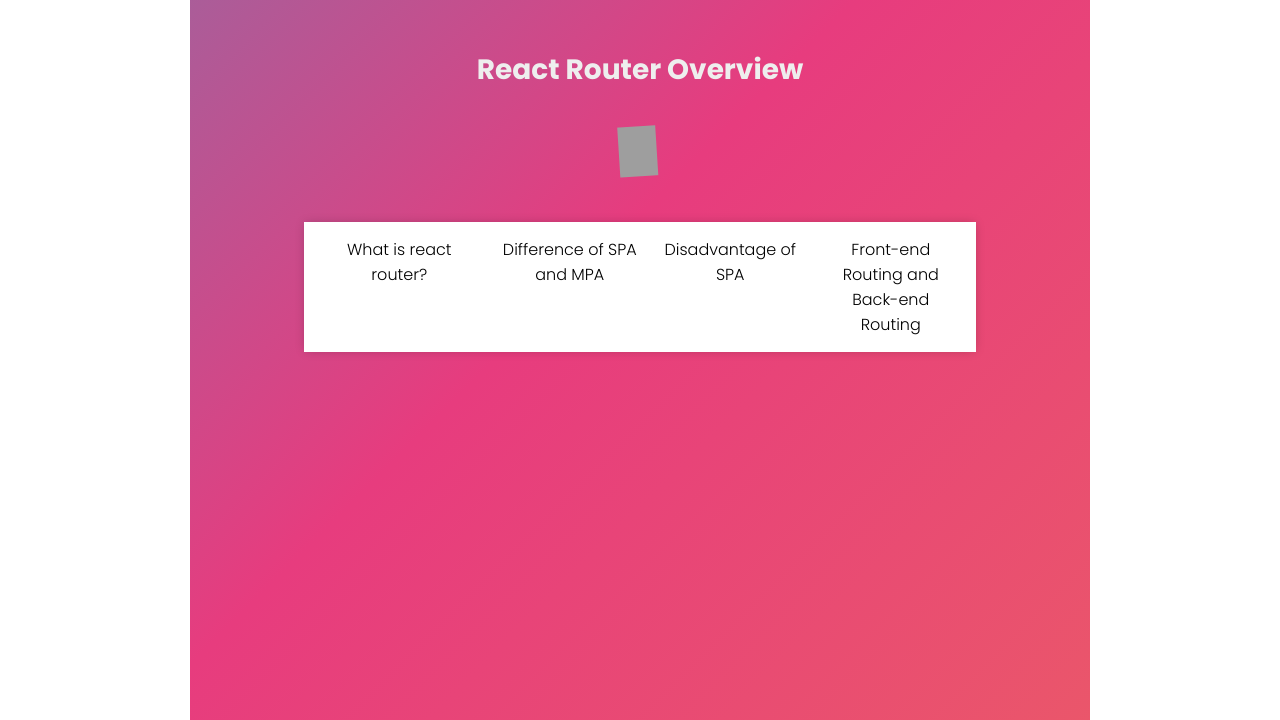
Repository: nguy3nds/2021-18-9-react
Page: /Why
The author's editor kept a copy of each file at every save. The page is drawn from the files as they stood at one save, then again after the next save.
The browser window is 1280 px wide. The pictures show the whole page.
Pictures or frames that could not be fetched are drawn as grey boxes. The project was rebuilt for these pictures with package versions that can differ from the ones it lists, and the page was loaded fresh each time. Also part of the build but not shown: src/components/What.js, src/components/Why.js, src/components/How.js, src/components/Tung.js.

Above is the page before, as saved 2021-09-20 08:49:42.

After the next save:
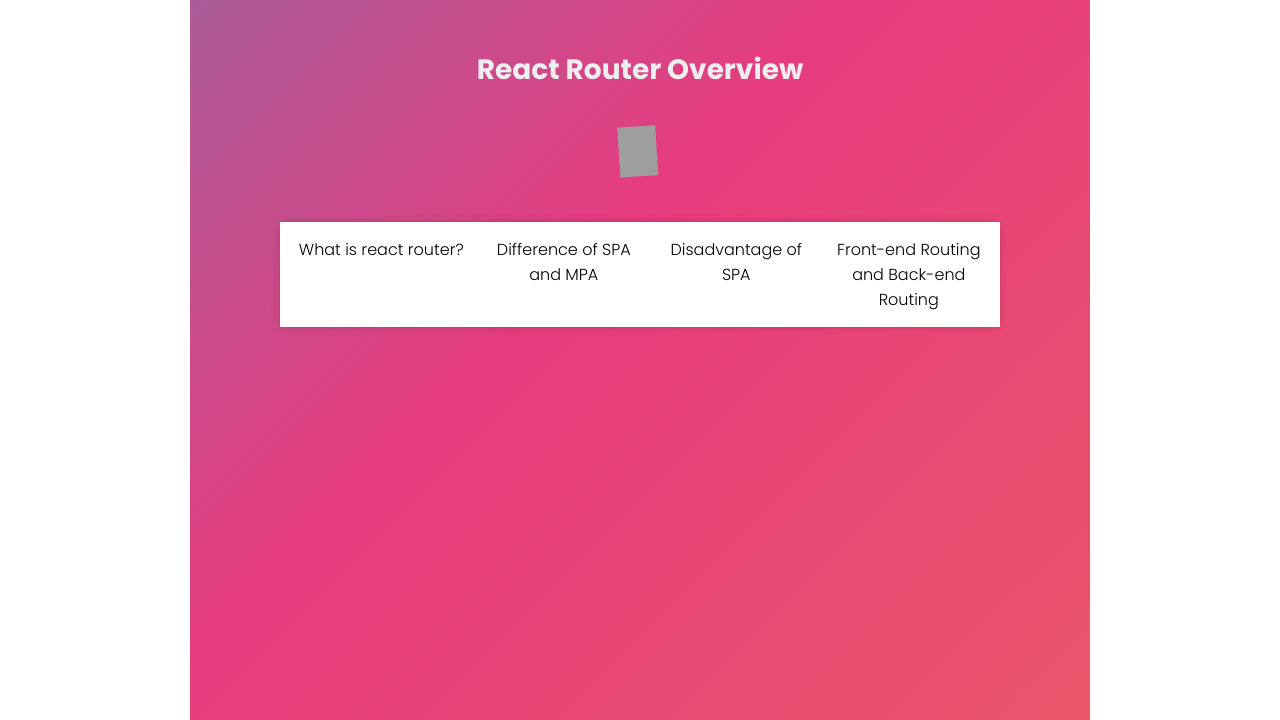
Saved 12 s later.
--- a/src/App.js
+++ b/src/App.js
@@ -72,7 +72,7 @@ const gradient = keyframes`
 `;
 
 const DivContainer = styled.div`
-  padding: 30px;
+  padding-top: 30px;
   text-align: center;
   min-height: 100vh;
   color: #eee;
